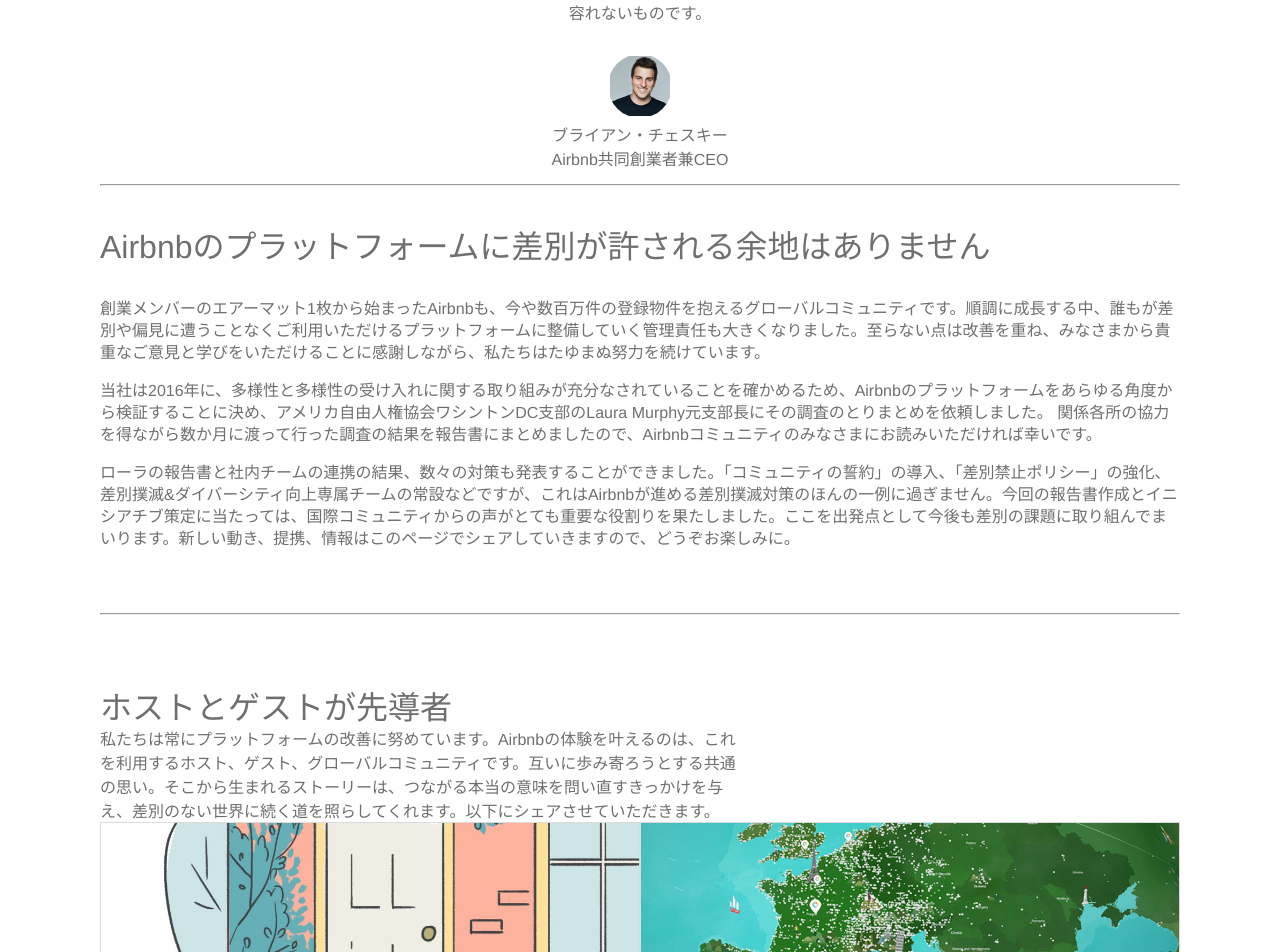
Repository: Ryoma-tech/20200622_htmlcss01
Page: index.html
These files come from the project's save history. The page is drawn as it stood at one moment and after the next save; the edit follows.
The browser window is 1280 px wide. The pictures show the part of the page from y = 790 to 1742 px (the page is 1905 px tall).

Above is the page before, as saved 2020-06-24 09:20:49.

### index.html
<!DOCTYPE html>
<html lang="en">

<head>
    <meta charset="UTF-8">
    <meta name="viewport" content="width=device-width, initial-scale=1.0">
    <title>Document</title>
    <link rel="stylesheet" href="style.css">
</head>

<body>
    <header>
        <h1><img src="images/Vector.png" alt=""></h1>
        <div class="topSearchBar">
            <img src="images/Frame.png" height="18" width="18" class="searchBarIcon"></img>
            <input type="text" placeholder="探す">
        </div>
        <nav>
            <ul>
                <li>
                    <a href=""><img src="images/Frame (1).png" alt="" height="12" width="12" class="jpIcon"> 日本語(JP)</a>
                </li>
                <li><a href="">¥ JPY</a></li>
                <li><a href="">ホストをはじめる</a></li>
                <li><a href="">ヘルプ</a></li>
                <li><a href="">登録する</a></li>
                <li><a href="">ログイン</a></li>
            </ul>
        </nav>
    </header>
    <main>
        <div class="topWrapper">
            <div class="topMessage">
                <h1>多様な国際コミュニティが、<br>Airbnbを生かす</h1>
                <p>あらゆるホストとゲストを受け容れるプラットフォームを築くことが、Airbnbの一番大きな目標です。私たちは常に改善を続けていきます。</p>
            </div>
        </div>
        <article>
            <section>
                <div class="container">
                    <div class="section1">
                        <div class="desc1">
                            <p>Airbnbのミッションは、「人は根源的に善であり、人が集まるコミュニティにはかならず居場所がある」という発想が核にあります。差別はこの会社の前に立ちはだかる最大の課題だと心の底から思います。それはわれわれの存在の軸、価値観とは相容れないものです。
                            </p>
                        </div>
                        <div class="ceoProfile">
                            <img src="/images/Rectangle (1).png" alt="">
                            <p>ブライアン・チェスキー</p>
                            <p>Airbnb共同創業者兼CEO</p>
                        </div>
                    </div>
                    <hr>
                </div>
            </section>
            <section>
                <div class="container">
                    <div class="section2">
                        <h2>Airbnbのプラットフォームに差別が許される余地はありません</h2>
                        <p>創業メンバーのエアーマット1枚から始まったAirbnbも、今や数百万件の登録物件を抱えるグローバルコミュニティです。順調に成長する中、誰もが差別や偏見に遭うことなくご利用いただけるプラットフォームに整備していく管理責任も大きくなりました。至らない点は改善を重ね、みなさまから貴重なご意見と学びをいただけることに感謝しながら、私たちはたゆまぬ努力を続けています。</p>
                        <p>当社は2016年に、多様性と多様性の受け入れに関する取り組みが充分なされていることを確かめるため、Airbnbのプラットフォームをあらゆる角度から検証することに決め、アメリカ自由人権協会ワシントンDC支部のLaura Murphy元支部長にその調査のとりまとめを依頼しました。 関係各所の協力を得ながら数か月に渡って行った調査の結果を報告書にまとめましたので、Airbnbコミュニティのみなさまにお読みいただければ幸いです。</p>
                        <p>ローラの報告書と社内チームの連携の結果、数々の対策も発表することができました。「コミュニティの誓約」の導入、「差別禁止ポリシー」の強化、差別撲滅&ダイバーシティ向上専属チームの常設などですが、これはAirbnbが進める差別撲滅対策のほんの一例に過ぎません。今回の報告書作成とイニシアチブ策定に当たっては、国際コミュニティからの声がとても重要な役割りを果たしました。ここを出発点として今後も差別の課題に取り組んでまいります。新しい動き、提携、情報はこのページでシェアしていきますので、どうぞお楽しみに。</p>
                    </div>
                    <hr>
                </div>
            </section>
            <section>
                <div class="container">
                    <div class="section3">
                        <div class="section3Message">
                            <h2>ホストとゲストが先導者</h2>
                            <p>私たちは常にプラットフォームの改善に努めています。Airbnbの体験を叶えるのは、これを利用するホスト、ゲスト、グローバルコミュニティです。互いに歩み寄ろうとする共通の思い。そこから生まれるストーリーは、つながる本当の意味を問い直すきっかけを与え、差別のない世界に続く道を照らしてくれます。以下にシェアさせていただきます。</p>
                        </div>
                        <div class="flexContainer">
                            <div class="item1">
                                <img src="/images/Rectangle (2).png" alt="">
                                <h3>偏見のないおもてなしを実践するちょっとしたコツ</h3>
                                <p>人がふれあう体験の積み重ねで差別をなくす。Airbnbのホストのみなさまにはその力があります。</p>
                            </div>
                            <div class="item2">
                                <img src="/images/Rectangle (3).png" alt="">
                                <h3>偏見のないおもてなしを実践するちょっとしたコツ</h3>
                                <p>人がふれあう体験の積み重ねで差別をなくす。Airbnbのホストのみなさまにはその力があります。</p>
                            </div>
                        </div>
                    </div>
                </div>
            </section>
        </article>
    </main>
</body>

</html>

### style.css
html,
body,
div,
span,
object,
iframe,
h1,
h2,
h3,
h4,
h5,
h6,
p,
blockquote,
pre,
abbr,
address,
cite,
code,
del,
dfn,
em,
img,
ins,
kbd,
q,
samp,
small,
strong,
sub,
sup,
var,
b,
i,
dl,
dt,
dd,
ol,
ul,
li,
fieldset,
form,
label,
legend,
table,
caption,
tbody,
tfoot,
thead,
tr,
th,
td,
article,
aside,
canvas,
details,
figcaption,
figure,
footer,
header,
hgroup,
menu,
nav,
section,
summary,
time,
mark,
audio,
video {
    margin: 0;
    font-family: Helvetica Neue;
}

* {
    box-sizing: border-box;
}

li {
    list-style: none;
}

a {
    text-decoration: none;
    color: black;
}

h2 {
    font-size: 32px;
    font-style: normal;
    font-weight: normal;
    line-height: 36px;
    color: #706f6f;
}

.container {
    max-width: 1080px;
    margin: 0 auto;
}

header {
    display: flex;
    justify-content: space-between;
    align-items: center;
    height: 80px;
}

p {
    color: #706f6f;
    font-size: 16px;
}

header>h1>img {
    height: 34px;
    width: 34px;
    margin: 23px;
}

header>h1 {
    margin-right: auto;
}

.topSearchBar input {
    border: none;
}

.topSearchBar input:focus {
    outline: none;
}

.topSearchBar {
    position: absolute;
    left: 100px;
    width: 460px;
    height: 48px;
    left: 80px;
    top: 16px;
    background: #ffffff;
    border: 1px solid #ebebeb;
    box-sizing: border-box;
    box-shadow: 0px 2px 4px rgba(0, 0, 0, 0.1);
    border-radius: 4px;
    transition: all 0.5s;
}

.topSearchBar:hover {
    width: 700px;
    box-shadow: 0px 3px 5px rgba(0, 0, 0, 0.1);
}

.searchBarIcon {
    margin-left: 10px;
    margin-top: 12px;
}

.jpIcon {
    vertical-align: middle;
}

nav>ul {
    display: flex;
}

nav>ul>li {
    margin: 16px;
    border-bottom: 1.5px solid rgba(255, 255, 0, 0);
    font-style: normal;
    font-weight: normal;
    font-size: 13px;
    line-height: 80px;
}

nav>ul>li:hover {
    border-bottom: 1.5px solid #555454;
}

.topWrapper {
    margin-top: 3px;
    width: 100%;
    height: 565px;
    background-image: url(https://a0.muscache.com/airbnb/static/diversity/inclusion/Hero1-df91c6cd36186c72029bfa46a8002a5d.jpg);
}

.topMessage {
    position: relative;
    top: 210px;
    color: #fff;
    margin-left: 220px;
    width: 481px;
}

.topMessage h1 {
    font-style: normal;
    font-weight: normal;
    font-size: 35px;
    letter-spacing: 0.9px;
    color: #ffffff;
}

.topMessage p {
    letter-spacing: -0.2px;
    color: #fff;
}

article {
    margin-top: 70px;
}

.section1 {
    text-align: center;
    color: #706f6f;
    margin-bottom: 14px;
}

.desc1 {
    width: 600px;
    margin: 0 auto;
}

.ceoProfile {
    margin-top: 30px;
}

.ceoProfile img {
    width: 64px;
    height: 64px;
    object-fit: cover;
    border-radius: 50%;
}

hr {
    width: 100%;
    height: 1px;
    background: #484848;
}

.section2 {
    margin-top: 43px;
    margin-bottom: 63px;
}

.section2 h2 {
    font-style: normal;
    font-weight: normal;
    line-height: 36px;
    margin-bottom: 33px;
}

.section2 p {
    margin-bottom: 16px;
    line-height: 22px;
}

.section3 {
    margin-top: 75px;
    color: #706f6f;
}

.section3Message {
    text-align: left;
    width: 60%;
}

.section3 h2 p {}

.flexContainer {
    display: flex;
    align-items: flex-start;
}

.flexContainer img {
    width: 100%;
}

.item1 {}

.item2 {}

After the next save:
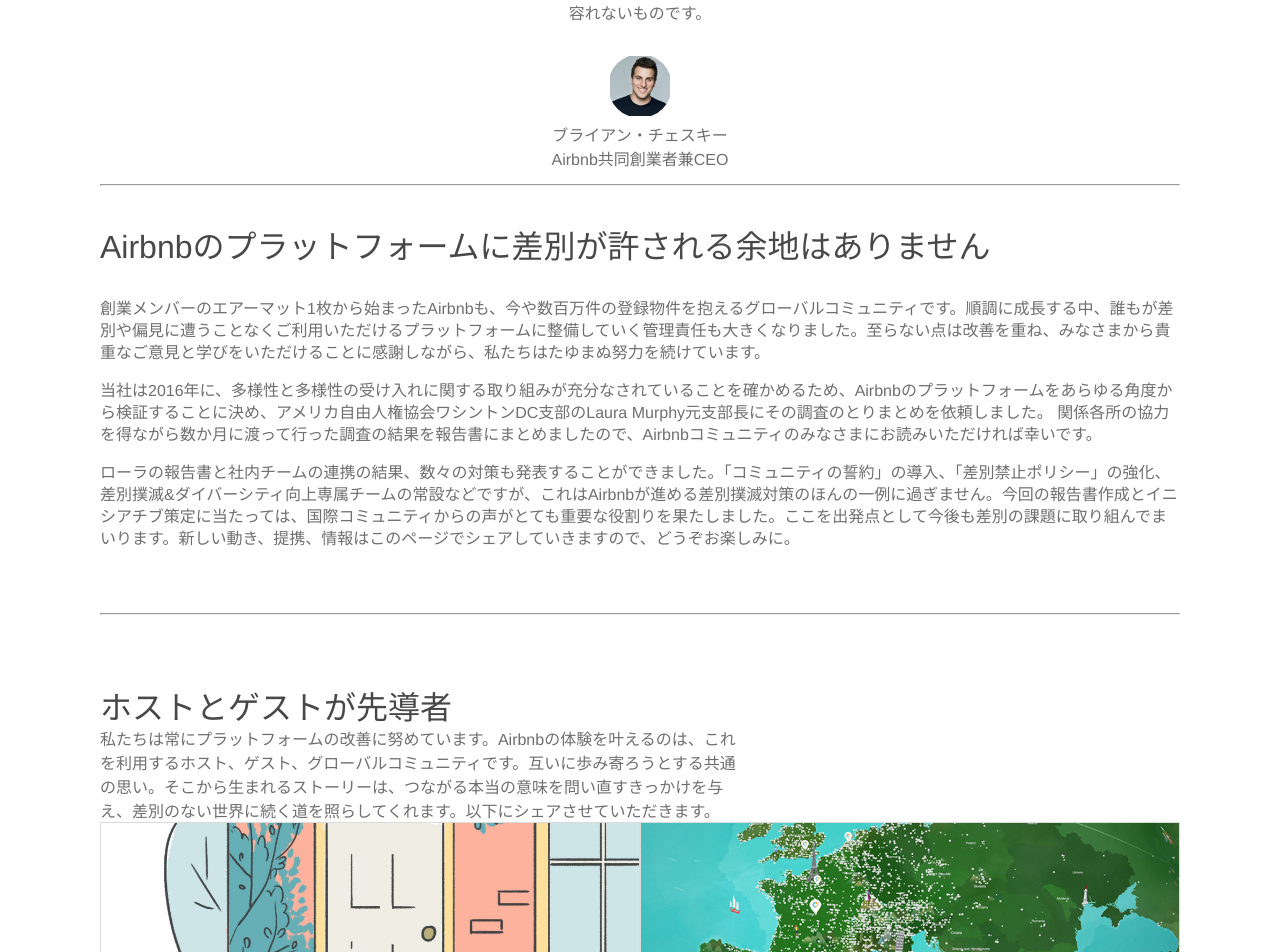
Saved 4 min 9 s later.
--- a/style.css
+++ b/style.css
@@ -89,7 +89,7 @@
     font-style: normal;
     font-weight: normal;
     line-height: 36px;
-    color: #706f6f;
+    color: #484848;
 }
 
 .container {
